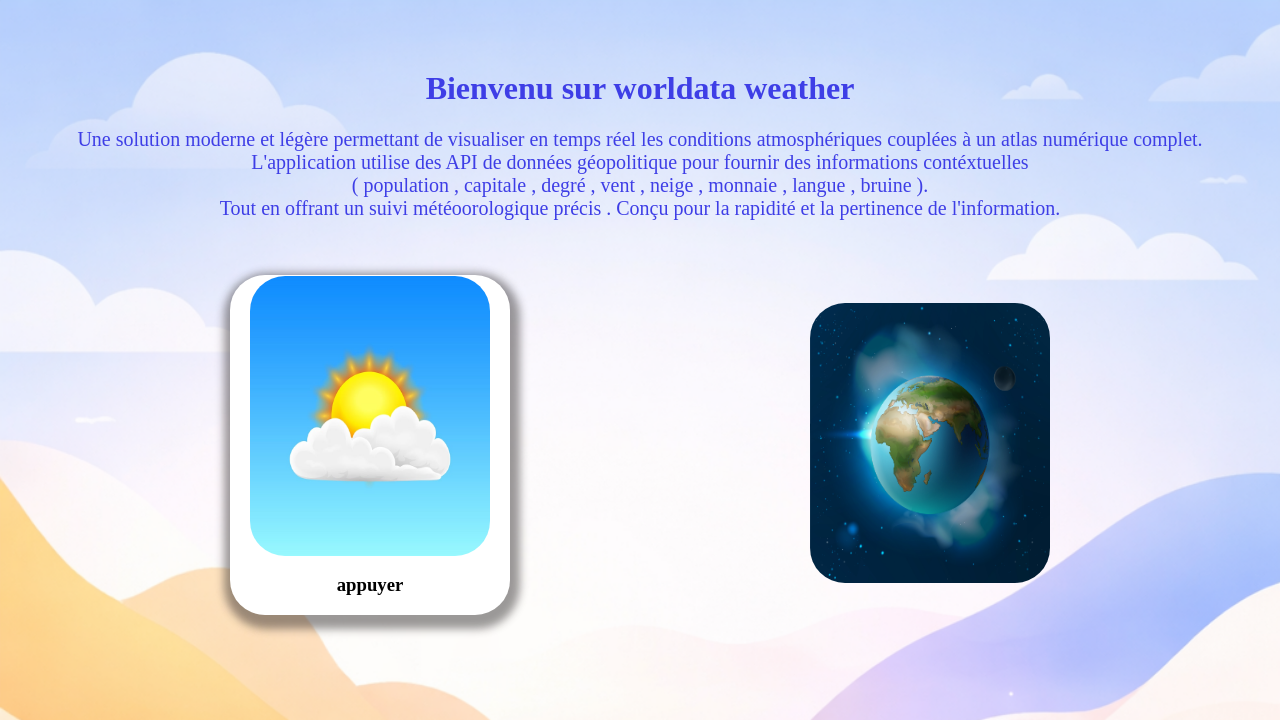
Repository: assanendao171/meteo
Page: index.html
These files come from the project's save history. The page is drawn as it stood at one moment and after a run of saves; the edit follows.
The browser window is 1280 px wide. The pictures show the whole page.

Above is the page before, as saved 2026-03-18 17:17:25.

After the next 2 saves:
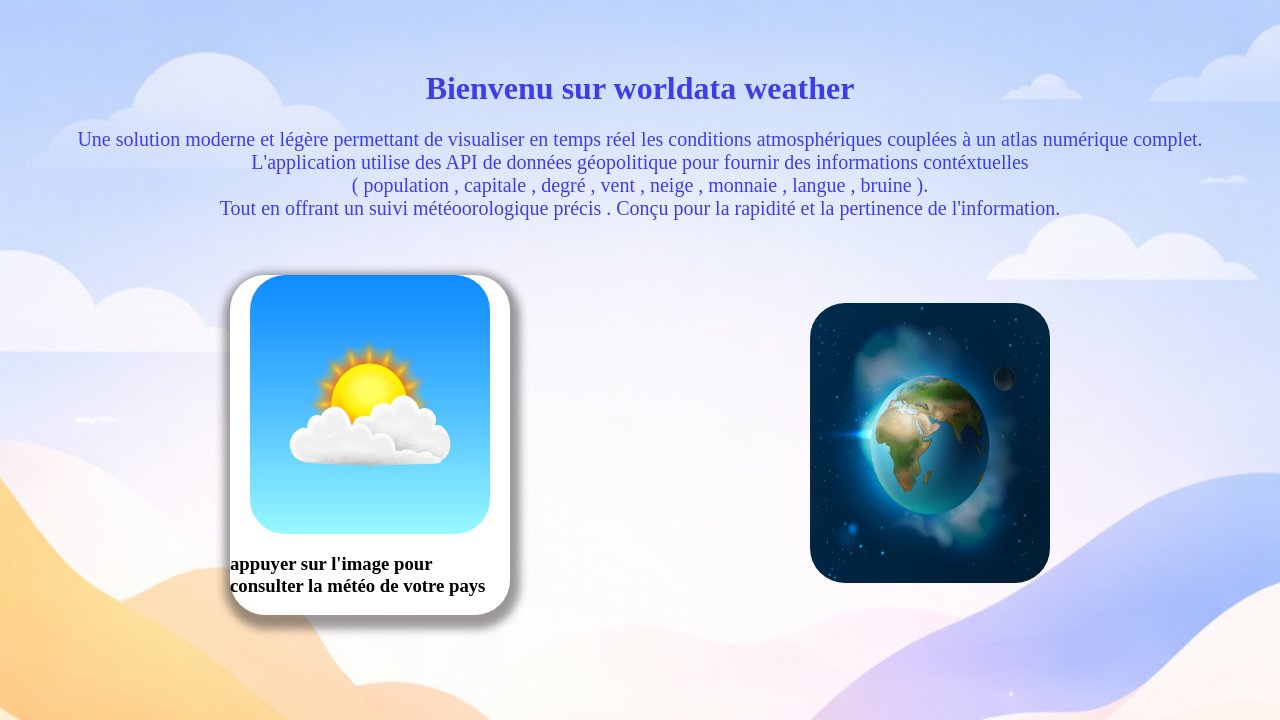
The 2 saves are shown as one change because they came seconds apart.
The last was saved 19 s later.
--- a/index.html
+++ b/index.html
@@ -16,7 +16,7 @@
     <div id="contain">
         <div id="img1">
             <img src="acceuil.jpg" alt="meteo">
-<h3>appuyer</h3>
+<h3>appuyer sur l'image pour consulter la météo de votre pays</h3>
         </div>
         <div id="ima2">
 <img src="18966224.jpg" alt="la terre">
